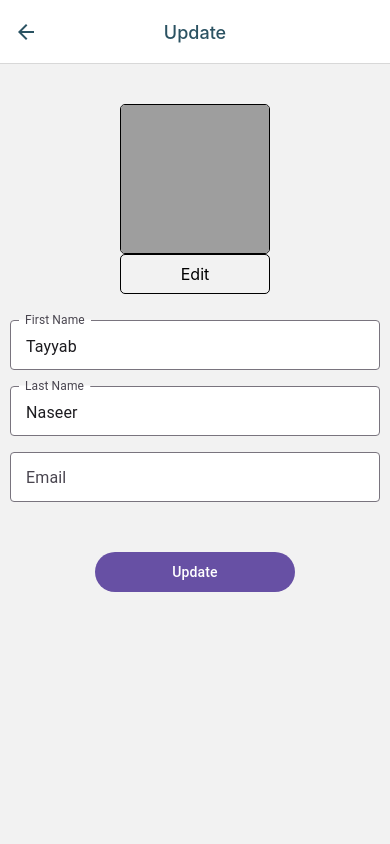
Repository: SaudCh/Expo-Pethub
Screen: /UpdateProfile
An editor plug-in stored every save of this project. The screen is shown before and after the next save, followed by the edit.
Pictures or frames that could not be fetched are drawn as grey boxes. The app was drawn by React Native's web renderer in a window 390 px wide. The project was rebuilt for these pictures with package versions that can differ from the ones it lists, and the page was loaded fresh each time. Also part of the build but not shown: Screens/Signup.js, Screens/Home.js, Screens/Profile.js, Components/Avatar.js.

Above is the screen before, as saved 2022-11-15 00:41:26.

After the next save:
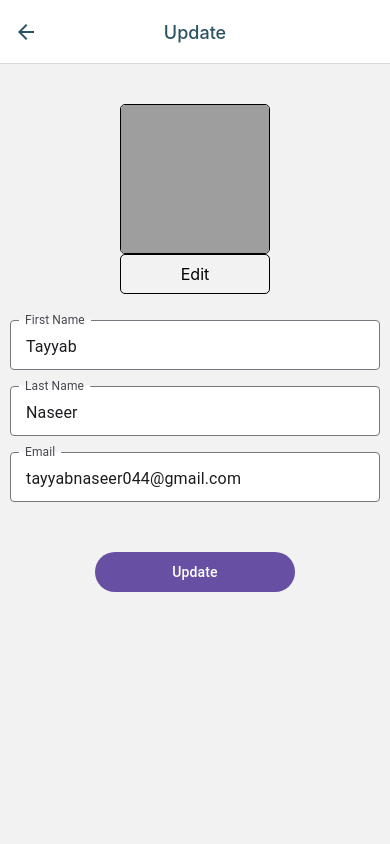
Saved 13 s later.
--- a/Screens/UpdateProfile.js
+++ b/Screens/UpdateProfile.js
@@ -46,10 +46,9 @@ export default function Profile() {
                     style={{ backgroundColor: 'white', marginTop: 10 }}
                 />
 
-
                 <TextInput
                     label="Email"
-                    value=""
+                    value={data.email}
                     mode="outlined"
                     style={{ backgroundColor: 'white', marginTop: 10 }}
                 />
